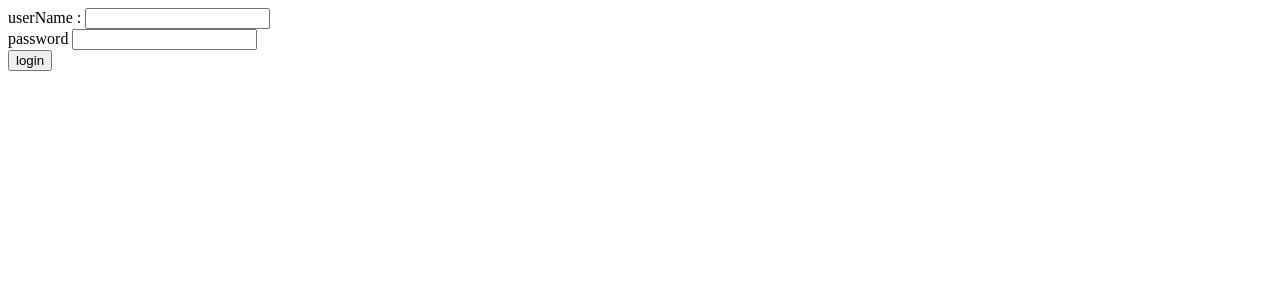
Repository: deepak0202/advancejava
Page: login/WebContent/login.html
An editor plug-in stored every save of this project. The page is shown before and after the next save, followed by the edit.
The browser window is 1280 px wide. The pictures show the whole page.

Above is the page before, as saved 2018-05-28 13:14:41.

After the next save:
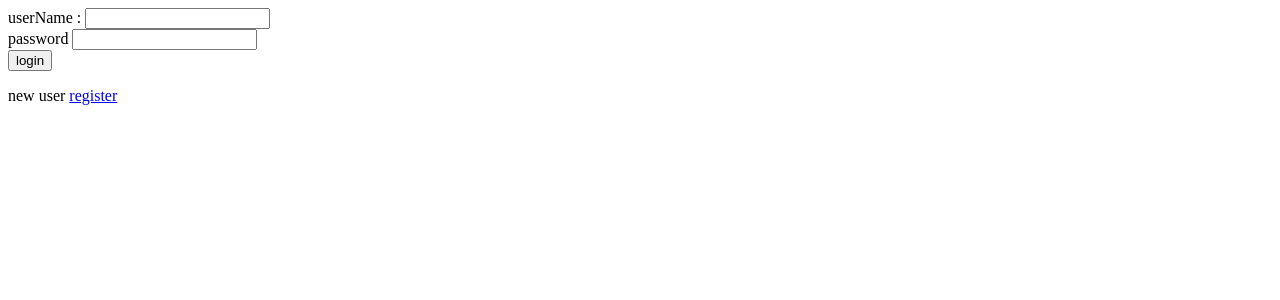
Saved 2 min 3 s later.
--- a/login/WebContent/login.html
+++ b/login/WebContent/login.html
@@ -9,3 +9,5 @@ password
 
 
 </form>
+new user
+<a href="registration.html">register</a>
